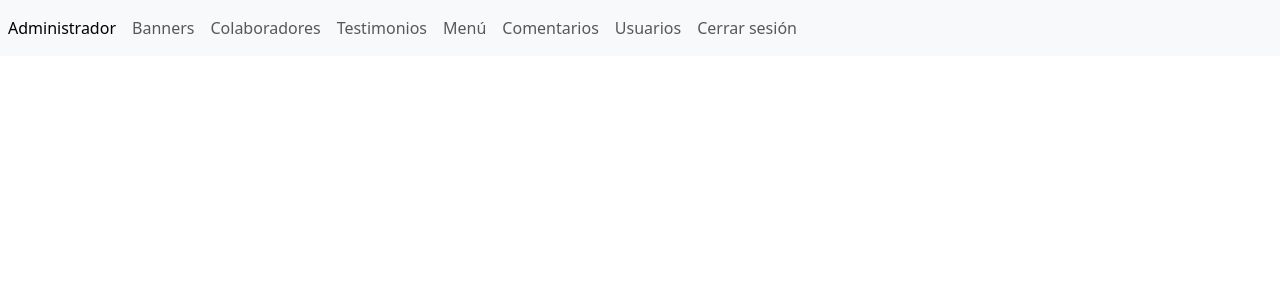
Repository: salextros/Restaurant-Project-PHP-MySQL
Page: http://localhost/TRABAJO_FINAL/restaurant/admin/seccion/menu/index.php
An editor plug-in stored every save of this project. The page is shown before and after the next save, followed by the edit.
The browser window is 1280 px wide. The pictures show the whole page.
The page is run by PHP 8.4 with error messages shown; the project is at /var/www/html/.

Above is the page before, as saved 2026-01-31 17:00:06.

### restaurant/admin/seccion/menu/index.php
<?php
include ("../../templates/header.php");?>


<?php include ("../../templates/footer.php");?>

### restaurant/admin/templates/header.php
<?php
$url_base = "http://localhost/TRABAJO_FINAL/restaurant/admin/";
?>
<!doctype html>
<html lang="en">

    <head>
        <title>Administrador del sitio web </title>
        <!-- Required meta tags -->
        <meta charset="utf-8" />
        <meta
            name="viewport"
            content="width=device-width, initial-scale=1, shrink-to-fit=no"
        />

        <!-- Bootstrap CSS v5.2.1 -->
        <link
            href="https://cdn.jsdelivr.net/npm/bootstrap@5.3.2/dist/css/bootstrap.min.css"
            rel="stylesheet"
            integrity="sha384-T3c6CoIi6uLrA9TneNEoa7RxnatzjcDSCmG1MXxSR1GAsXEV/Dwwykc2MPK8M2HN"
            crossorigin="anonymous"
        />
    </head>

    <body>
        <header>
            <!-- place navbar here -->
            <nav class="navbar navbar-expand navbar-light bg-light">
                <div class="nav navbar-nav">
                    <a class="nav-item nav-link active" href="#" aria-current="page">Administrador<span class="visually-hidden">(current)</span></a>

                    <a class="nav-item nav-link" href="<?php echo $url_base;?>seccion/banners">Banners</a>
                    <a class="nav-item nav-link" href="<?php echo $url_base;?>seccion/colaboradores">Colaboradores</a>
                    <a class="nav-item nav-link" href="<?php echo $url_base;?>seccion/testimonios">Testimonios</a>
                    <a class="nav-item nav-link" href="<?php echo $url_base;?>seccion/menu">Menú</a>
                    <a class="nav-item nav-link" href="<?php echo $url_base;?>seccion/comentarios">Comentarios</a>
                    <a class="nav-item nav-link" href="<?php echo $url_base;?>seccion/usuarios">Usuarios</a>
                    <a class="nav-item nav-link" href="#">Cerrar sesión</a>

                </div>
            </nav>


        </header>
        <main>
        <section class="container">

### restaurant/admin/templates/footer.php
        </section>
        </main>
        <footer>
            <!-- place footer here -->
        </footer>
        <!-- Bootstrap JavaScript Libraries -->
        <script
            src="https://cdn.jsdelivr.net/npm/@popperjs/core@2.11.8/dist/umd/popper.min.js"
            integrity="sha384-I7E8VVD/ismYTF4hNIPjVp/Zjvgyol6VFvRkX/vR+Vc4jQkC+hVqc2pM8ODewa9r"
            crossorigin="anonymous"
        ></script>

        <script
            src="https://cdn.jsdelivr.net/npm/bootstrap@5.3.2/dist/js/bootstrap.min.js"
            integrity="sha384-BBtl+eGJRgqQAUMxJ7pMwbEyER4l1g+O15P+16Ep7Q9Q+zqX6gSbd85u4mG4QzX+"
            crossorigin="anonymous"
        ></script>
    </body>
</html>

After the next save:
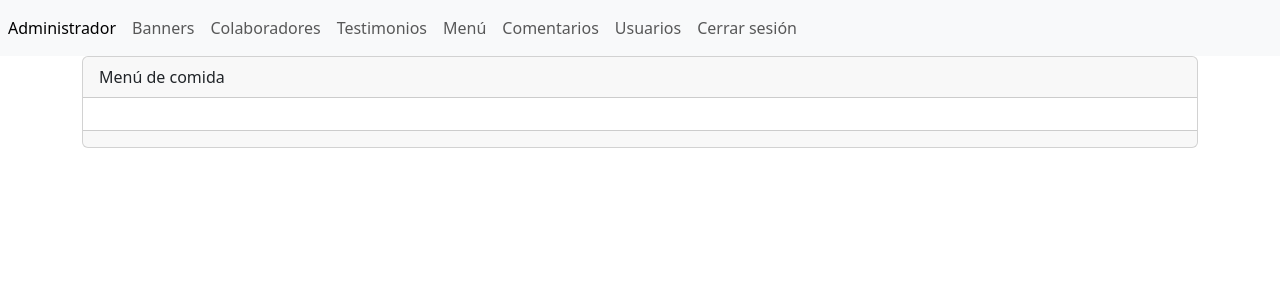
Saved 3 min 5 s later.
--- a/restaurant/admin/seccion/menu/index.php
+++ b/restaurant/admin/seccion/menu/index.php
@@ -1,5 +1,15 @@
 <?php
 include ("../../templates/header.php");?>
 
+<div class="card">
+    <div class="card-header">Menú de comida</div>
+    <div class="card-body">
+
+    </div>
+    <div class="card-footer text-muted"></div>
+</div>
+
+
+
 
 <?php include ("../../templates/footer.php");?>
